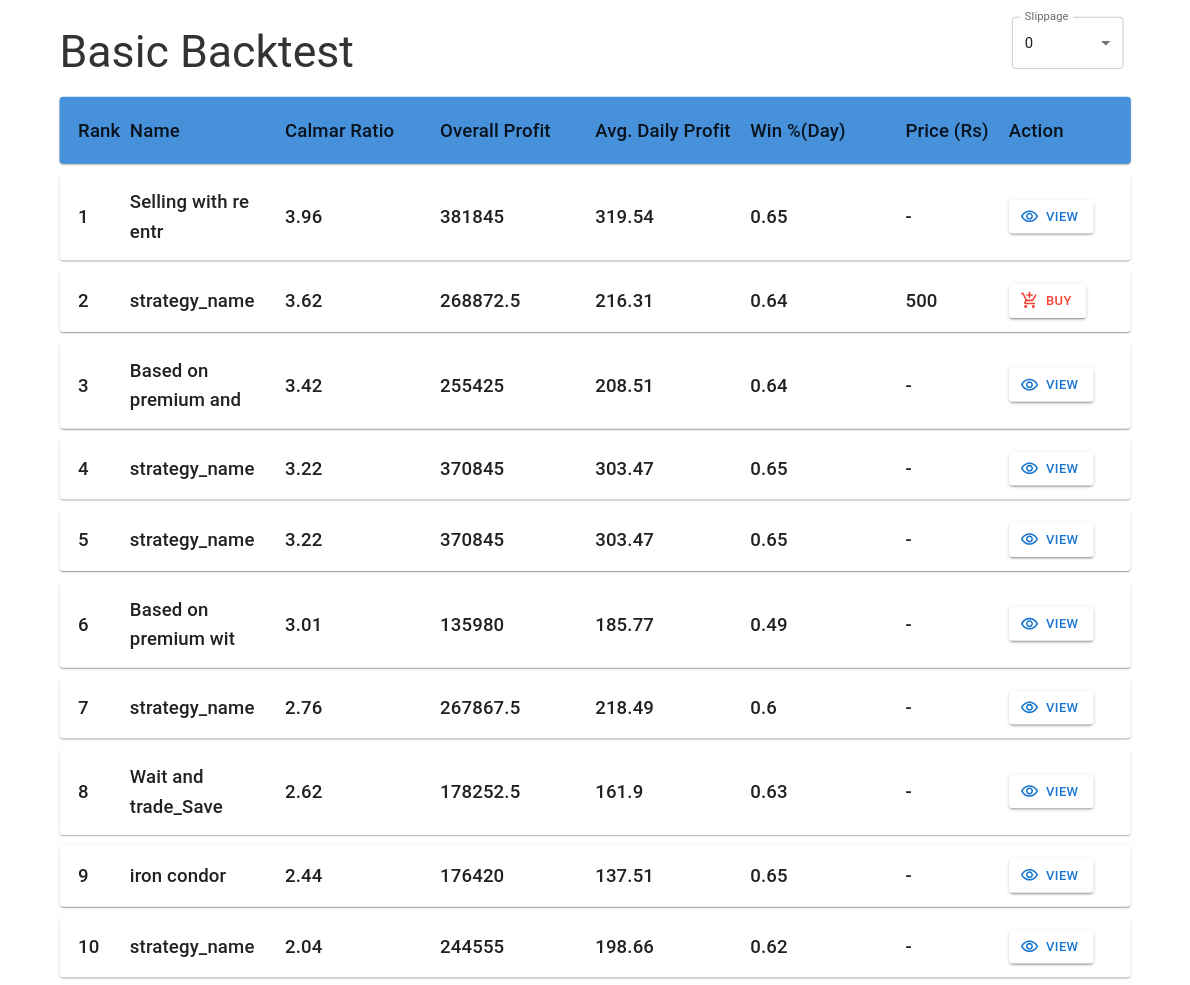
Repository: PraTEEkgUpTa2/Leaderboard
Page: /
An editor plug-in stored every save of this project. The page is shown before and after the next save, followed by the edit.
The browser window is 1280 px wide. The pictures show the whole page, at 93% of full size.
The project was rebuilt for these pictures with package versions that can differ from the ones it lists, and the page was loaded fresh each time. Also part of the build but not shown: src/App.css.

Above is the page before, as saved 2024-05-28 14:12:07.

### src/index.js
import React from 'react';
import ReactDOM from 'react-dom';
import { ThemeProvider } from '@mui/material/styles';
import App from './App';
import theme from './theme'; // Import the theme object

const root = ReactDOM.createRoot(document.getElementById('root'));
root.render(

  <ThemeProvider theme={theme}>
  <App />
</ThemeProvider>

);

// If you want to start measuring performance in your app, pass a function
// to log results (for example: reportWebVitals(console.log))
// or send to an analytics endpoint. Learn more: https://bit.ly/CRA-vitals

### src/App.js
import React from 'react';
import './App.css';
import Leaderboard from './Leaderboard';

function App() {
  return (
    <div className="App">
      <Leaderboard />
    </div>
  );
}

export default App;

### src/theme.js
// theme.js

import { createTheme } from '@mui/material/styles';

const theme = createTheme({
  palette: {
    primary: {
      main: '#1976d2', // Background color for the table header
      dark: '#135fa8', // Hover color for primary buttons
    },
    error: {
      main: '#f44336', // Background color for "Buy" button
      dark: '#d32f2f', // Hover color for "Buy" button
    },
    common: {
      white: '#fff', // Text color for table header and buttons
    },
  },
});

export default theme;

### src/Leaderboard.js
import React, { useState } from 'react';
import data from './data.json';
import { Container, Box, Typography, FormControl, InputLabel, Select, MenuItem, Paper, Button } from '@mui/material';
import { VisibilityOutlined, AddShoppingCartOutlined } from '@mui/icons-material';
import { styled } from '@mui/system';
import { Line } from 'react-chartjs-2';
import 'chart.js/auto';

const TabContainer = styled(Box)(({ theme }) => ({
  display: 'flex',
  flexDirection: 'column',
  gap: '10px',
  marginTop: '20px',
}));

const TabHeader = styled(Paper)(({ theme }) => ({
  display: 'flex',
  justifyContent: 'space-between',
  alignItems: 'center',
  padding: '20px',
  backgroundColor: theme.palette.primary.light,
}));

const Tab = styled(Paper)(({ theme }) => ({
  display: 'flex',
  justifyContent: 'space-between',
  alignItems: 'center',
  padding: '15px 20px',
  transition: 'transform 0.3s, box-shadow 0.3s',
  '&:hover': {
    transform: 'translateY(-5px)',
    boxShadow: theme.shadows[5],
    zIndex: 1,
    position: 'relative',
  },
}));

const ViewButton = styled(Button)(({ theme }) => ({
  borderColor: theme.palette.primary.main,
  color: theme.palette.primary.main,
  backgroundColor: 'transparent',
  '&:hover': {
    borderColor: theme.palette.primary.dark,
    color: theme.palette.primary.dark,
    backgroundColor: 'transparent',
  },
  '& .MuiButton-startIcon': {
    marginRight: theme.spacing(1),
  },
}));

const BuyButton = styled(Button)(({ theme }) => ({
  borderColor: theme.palette.error.main,
  color: theme.palette.error.main,
  backgroundColor: 'transparent',
  '&:hover': {
    borderColor: theme.palette.error.dark,
    color: theme.palette.error.dark,
    backgroundColor: 'transparent',
  },
  '& .MuiButton-startIcon': {
    marginRight: theme.spacing(1),
  },
}));

const ChartCard = styled(Box)(({ theme }) => ({
  marginTop: '20px',
  padding: '20px',
  boxShadow: theme.shadows[3],
}));

const Leaderboard = () => {
  const [selectedRow, setSelectedRow] = useState(null);

  const handleRowClick = (row) => {
    setSelectedRow(row);
  };

  return (
    <Container>
      <Box display="flex" justifyContent="space-between" alignItems="center">
        <Typography variant="h3" style={{ color: '#333', marginTop: '20px' }}>
          Basic Backtest
        </Typography>
        <FormControl sx={{ m: 1, minWidth: 120 }}>
          <InputLabel id="slippage-label">Slippage</InputLabel>
          <Select
            labelId="slippage-label"
            id="slippage-select"
            defaultValue={0}
            label="Slippage"
          >
            <MenuItem value={0}>0</MenuItem>
            <MenuItem value={0.5}>0.5</MenuItem>
            <MenuItem value={1}>1</MenuItem>
          </Select>
        </FormControl>
      </Box>
      <TabContainer>
        <TabHeader>
          <Box flexBasis="5%">
            <Typography variant="h6">Rank</Typography>
          </Box>
          <Box flexBasis="15%">
            <Typography variant="h6">Name</Typography>
          </Box>
          <Box flexBasis="15%">
            <Typography variant="h6">Calmar Ratio</Typography>
          </Box>
          <Box flexBasis="15%">
            <Typography variant="h6">Overall Profit</Typography>
          </Box>
          <Box flexBasis="15%">
            <Typography variant="h6">Avg. Daily Profit</Typography>
          </Box>
          <Box flexBasis="15%">
            <Typography variant="h6">Win %(Day)</Typography>
          </Box>
          <Box flexBasis="10%">
            <Typography variant="h6">Price (Rs)</Typography>
          </Box>
          <Box flexBasis="10%">
            <Typography variant="h6">Action</Typography>
          </Box>
        </TabHeader>
        {data.map((row) => (
          <Tab key={row.Rank} onClick={() => handleRowClick(row)}>
            <Box flexBasis="5%">
              <Typography variant="h6">{row.Rank}</Typography>
            </Box>
            <Box flexBasis="15%">
              <Typography variant="h6">{row.Name}</Typography>
            </Box>
            <Box flexBasis="15%">
              <Typography variant="h6">{row["Calmar Ratio"]}</Typography>
            </Box>
            <Box flexBasis="15%">
              <Typography variant="h6">{row["Overall Profit"]}</Typography>
            </Box>
            <Box flexBasis="15%">
              <Typography variant="h6">{row["Avg. Daily Profit"]}</Typography>
            </Box>
            <Box flexBasis="15%">
              <Typography variant="h6">{row["Win %(Day)"]}</Typography>
            </Box>
            <Box flexBasis="10%">
              <Typography variant="h6">{row["Price (Rs)"] ? row["Price (Rs)"] : '-'}</Typography>
            </Box>
            <Box flexBasis="10%">
              {row.Action === 'View' ? (
                <ViewButton startIcon={<VisibilityOutlined />} variant="contained">
                  View
                </ViewButton>
              ) : (
                <BuyButton startIcon={<AddShoppingCartOutlined />} variant="contained">
                  Buy
                </BuyButton>
              )}
            </Box>
          </Tab>
        ))}
      </TabContainer>
      {selectedRow && (
        <ChartCard>
          <Typography variant="h6">{selectedRow.Name}</Typography>
          <Line
            data={{
              labels: ['Calmar Ratio', 'Overall Profit', 'Avg. Daily Profit', 'Win % (Day)', 'Price (Rs)'],
              datasets: [
                {
                  label: selectedRow.Name,
                  data: [
                    selectedRow['Calmar Ratio'],
                    selectedRow['Overall Profit'],
                    selectedRow['Avg. Daily Profit'],
                    selectedRow['Win %(Day)'],
                    selectedRow['Price (Rs)'],
                  ],
                  backgroundColor: '#36A2EB',
                  borderColor: '#36A2EB',
                  borderWidth: 1,
                  fill: false,
                },
              ],
            }}
            options={{
              responsive: true,
              maintainAspectRatio: false,
              scales: {
                y: {
                  beginAtZero: true,
                },
              },
            }}
            height={400}
            width={600}
          />
        </ChartCard>
      )}
    </Container>
  );
};

export default Leaderboard;

### src/data.json
[
    {
        "Rank": 1,
        "Name": "Selling with re entr",
        "Calmar Ratio": 3.96,
        "Overall Profit": 381845,
        "Avg. Daily Profit": 319.54,
        "Win %(Day)": 0.65,
        "Price (Rs)": null,
        "Action": "View"
    },
    {
        "Rank": 2,
        "Name": "strategy_name",
        "Calmar Ratio": 3.62,
        "Overall Profit": 268872.5,
        "Avg. Daily Profit": 216.31,
        "Win %(Day)": 0.64,
        "Price (Rs)": 500,
        "Action": "Buy"
    },
    {
        "Rank": 3,
        "Name": "Based on premium and",
        "Calmar Ratio": 3.42,
        "Overall Profit": 255425,
        "Avg. Daily Profit": 208.51,
        "Win %(Day)": 0.64,
        "Price (Rs)": null,
        "Action": "View"
    },
    {
        "Rank": 4,
        "Name": "strategy_name",
        "Calmar Ratio": 3.22,
        "Overall Profit": 370845,
        "Avg. Daily Profit": 303.47,
        "Win %(Day)": 0.65,
        "Price (Rs)": null,
        "Action": "View"
    },
    {
        "Rank": 5,
        "Name": "strategy_name",
        "Calmar Ratio": 3.22,
        "Overall Profit": 370845,
        "Avg. Daily Profit": 303.47,
        "Win %(Day)": 0.65,
        "Price (Rs)": null,
        "Action": "View"
    },
    {
        "Rank": 6,
        "Name": "Based on premium wit",
        "Calmar Ratio": 3.01,
        "Overall Profit": 135980,
        "Avg. Daily Profit": 185.77,
        "Win %(Day)": 0.49,
        "Price (Rs)": null,
        "Action": "View"
    },
    {
        "Rank": 7,
        "Name": "strategy_name",
        "Calmar Ratio": 2.76,
        "Overall Profit": 267867.5,
        "Avg. Daily Profit": 218.49,
        "Win %(Day)": 0.6,
        "Price (Rs)": null,
        "Action": "View"
    },
    {
        "Rank": 8,
        "Name": "Wait and trade_Save",
        "Calmar Ratio": 2.62,
        "Overall Profit": 178252.5,
        "Avg. Daily Profit": 161.9,
        "Win %(Day)": 0.63,
        "Price (Rs)": null,
        "Action": "View"
    },
    {
        "Rank": 9,
        "Name": "iron condor",
        "Calmar Ratio": 2.44,
        "Overall Profit": 176420,
        "Avg. Daily Profit": 137.51,
        "Win %(Day)": 0.65,
        "Price (Rs)": null,
        "Action": "View"
    },
    {
        "Rank": 10,
        "Name": "strategy_name",
        "Calmar Ratio": 2.04,
        "Overall Profit": 244555,
        "Avg. Daily Profit": 198.66,
        "Win %(Day)": 0.62,
        "Price (Rs)": null,
        "Action": "View"
    }
]

Loaded but not shown: public/index.html (common file)

After the next save:
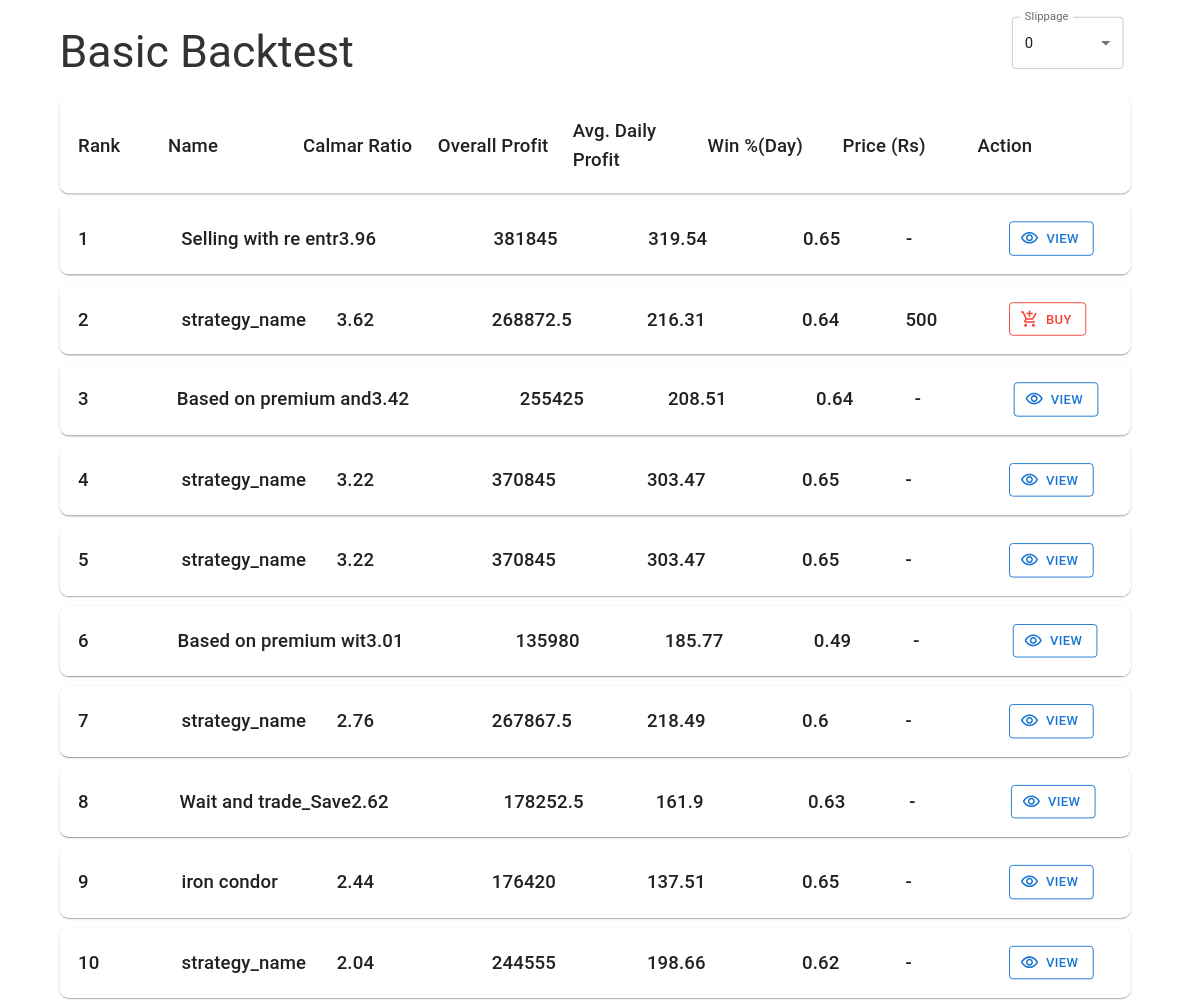
Saved 2 min 41 s later.
--- a/src/Leaderboard.js
+++ b/src/Leaderboard.js
@@ -13,23 +13,17 @@ const TabContainer = styled(Box)(({ theme }) => ({
   marginTop: '20px',
 }));
 
-const TabHeader = styled(Paper)(({ theme }) => ({
+const Tab = styled(Paper)(({ theme }) => ({
   display: 'flex',
   justifyContent: 'space-between',
   alignItems: 'center',
   padding: '20px',
-  backgroundColor: theme.palette.primary.light,
-}));
-
-const Tab = styled(Paper)(({ theme }) => ({
-  display: 'flex',
-  justifyContent: 'space-between',
-  alignItems: 'center',
-  padding: '15px 20px',
+  borderRadius: '10px',
+  boxShadow: theme.shadows[1],
   transition: 'transform 0.3s, box-shadow 0.3s',
   '&:hover': {
     transform: 'translateY(-5px)',
-    boxShadow: theme.shadows[5],
+    boxShadow: theme.shadows[4],
     zIndex: 1,
     position: 'relative',
   },
@@ -66,7 +60,14 @@ const BuyButton = styled(Button)(({ theme }) => ({
 const ChartCard = styled(Box)(({ theme }) => ({
   marginTop: '20px',
   padding: '20px',
+  borderRadius: '10px',
   boxShadow: theme.shadows[3],
+}));
+
+const CellText = styled(Typography)(({ theme }) => ({
+  whiteSpace: 'nowrap',
+  overflow: 'hidden',
+  textOverflow: 'ellipsis',
 }));
 
 const Leaderboard = () => {
@@ -97,8 +98,8 @@ const Leaderboard = () => {
         </FormControl>
       </Box>
       <TabContainer>
-        <TabHeader>
-          <Box flexBasis="5%">
+        <Tab>
+          <Box flexBasis="10%">
             <Typography variant="h6">Rank</Typography>
           </Box>
           <Box flexBasis="15%">
@@ -116,20 +117,20 @@ const Leaderboard = () => {
           <Box flexBasis="15%">
             <Typography variant="h6">Win %(Day)</Typography>
           </Box>
-          <Box flexBasis="10%">
+          <Box flexBasis="15%">
             <Typography variant="h6">Price (Rs)</Typography>
           </Box>
-          <Box flexBasis="10%">
+          <Box flexBasis="15%">
             <Typography variant="h6">Action</Typography>
           </Box>
-        </TabHeader>
+        </Tab>
         {data.map((row) => (
           <Tab key={row.Rank} onClick={() => handleRowClick(row)}>
-            <Box flexBasis="5%">
-              <Typography variant="h6">{row.Rank}</Typography>
+            <Box flexBasis="10%">
+              <CellText variant="h6">{row.Rank}</CellText>
             </Box>
             <Box flexBasis="15%">
-              <Typography variant="h6">{row.Name}</Typography>
+              <CellText variant="h6">{row.Name}</CellText>
             </Box>
             <Box flexBasis="15%">
               <Typography variant="h6">{row["Calmar Ratio"]}</Typography>
@@ -140,7 +141,7 @@ const Leaderboard = () => {
             <Box flexBasis="15%">
               <Typography variant="h6">{row["Avg. Daily Profit"]}</Typography>
             </Box>
-            <Box flexBasis="15%">
+            <Box flexBasis="10%">
               <Typography variant="h6">{row["Win %(Day)"]}</Typography>
             </Box>
             <Box flexBasis="10%">
@@ -148,11 +149,11 @@ const Leaderboard = () => {
             </Box>
             <Box flexBasis="10%">
               {row.Action === 'View' ? (
-                <ViewButton startIcon={<VisibilityOutlined />} variant="contained">
+                <ViewButton startIcon={<VisibilityOutlined />} variant="outlined">
                   View
                 </ViewButton>
               ) : (
-                <BuyButton startIcon={<AddShoppingCartOutlined />} variant="contained">
+                <BuyButton startIcon={<AddShoppingCartOutlined />} variant="outlined">
                   Buy
                 </BuyButton>
               )}
@@ -176,24 +177,12 @@ const Leaderboard = () => {
                     selectedRow['Win %(Day)'],
                     selectedRow['Price (Rs)'],
                   ],
-                  backgroundColor: '#36A2EB',
-                  borderColor: '#36A2EB',
+                  backgroundColor: ['#FF6384', '#36A2EB', '#FFCE56', '#66BB6A', '#FF7043'],
+                  borderColor: ['#FF6384', '#36A2EB', '#FFCE56', '#66BB6A', '#FF7043'],
                   borderWidth: 1,
-                  fill: false,
                 },
               ],
             }}
-            options={{
-              responsive: true,
-              maintainAspectRatio: false,
-              scales: {
-                y: {
-                  beginAtZero: true,
-                },
-              },
-            }}
-            height={400}
-            width={600}
           />
         </ChartCard>
       )}
